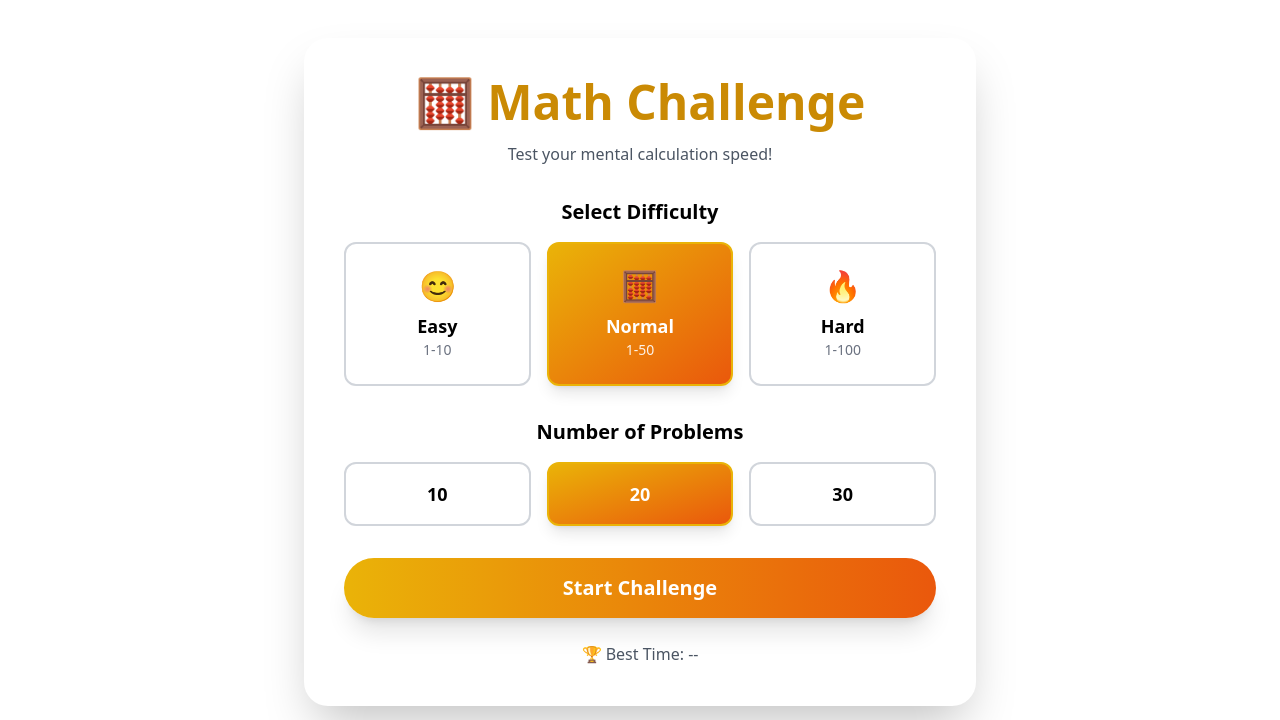
Repository: Lcmind/withjocoding
Page: math-challenge.html
The author's editor kept a copy of each file at every save. The page is drawn from the files as they stood at one save, then again after the next save.
The browser window is 1280 px wide. The pictures show the whole page.
An inner scrolling area shows only its first screen. Some web libraries are served in a nearby version.

Above is the page before, as saved 2026-01-13 20:33:23.

### math-challenge.html
<!DOCTYPE html>
<html lang="en">
<head>
  <meta charset="UTF-8">
  <meta name="viewport" content="width=device-width, initial-scale=1.0">
  <meta name="description" content="Free Math Challenge! Test your mental calculation speed. Perfect for brain training!">
  <title>Math Challenge - Mental Calculation Speed Training</title>

  <!-- Tailwind CSS -->
  <script src="https://cdn.tailwindcss.com"></script>
  <script>
    tailwind.config = {
      theme: {
        extend: {
          colors: {
            primary: '#667eea',
            secondary: '#764ba2',
          }
        }
      }
    }
  </script>

  <!-- Google AdSense -->
  <script async src="https://pagead2.googlesyndication.com/pagead/js/adsbygoogle.js?client=ca-pub-1247545232353663"
     crossorigin="anonymous"></script>

  <style>
    @keyframes shake {
      0%, 100% { transform: translateX(0); }
      25% { transform: translateX(-10px); }
      75% { transform: translateX(10px); }
    }
    .shake {
      animation: shake 0.3s ease-in-out;
    }
    @keyframes correct-flash {
      0%, 100% { background-color: transparent; }
      50% { background-color: rgba(34, 197, 94, 0.2); }
    }
    .correct-flash {
      animation: correct-flash 0.5s ease-in-out;
    }
    /* 화면 전환 제어 (강력한 고정) */
    .screen {
      display: none !important;
      width: 100%;
      height: 100%;
    }
    .screen.active {
      display: flex !important;
      position: fixed;
      top: 0;
      left: 0;
      right: 0;
      bottom: 0;
      z-index: 9999;
      overflow-y: auto;
      background-color: white; /* 배경색 명시 */
    }
  </style>
</head>
<body class="min-h-screen bg-gradient-to-br from-yellow-500 to-orange-600 overflow-hidden">

  <!-- 언어 선택 -->
  <div class="fixed top-4 right-4 z-50">
    <select id="language-selector" class="px-4 py-2 rounded-lg bg-white shadow-lg cursor-pointer">
      <option value="ko">🇰🇷 한국어</option>
      <option value="en">🇺🇸 English</option>
    </select>
  </div>

  <!-- 홈으로 돌아가기 -->
  <div class="fixed top-4 left-4 z-50">
    <a href="index.html" class="px-4 py-2 bg-white rounded-lg shadow-lg hover:shadow-xl transition-all text-gray-700 font-bold">
      ← <span data-i18n="backHome">Home</span>
    </a>
  </div>

  <!-- 시작 화면 -->
  <div id="start-screen" class="screen active min-h-screen flex flex-col items-center justify-center p-4">
    <!-- 상단 광고 -->
    <div class="mb-6 flex justify-center">
      <ins class="adsbygoogle block"
           style="display:block; max-height:90px;"
           data-ad-format="horizontal"
           data-ad-client="ca-pub-1247545232353663"
           data-full-width-responsive="true"></ins>
    </div>

    <div class="max-w-2xl w-full bg-white rounded-3xl shadow-2xl p-6 md:p-10">
      <h1 class="text-4xl md:text-5xl font-bold text-center text-yellow-600 mb-4">
        🧮 <span data-i18n="title">Math Challenge</span>
      </h1>
      <p class="text-center text-gray-600 mb-8" data-i18n="subtitle">Test your mental calculation speed!</p>

      <!-- 난이도 선택 -->
      <div class="mb-8">
        <h3 class="text-xl font-bold text-center mb-4" data-i18n="selectDifficulty">Select Difficulty</h3>
        <div class="grid grid-cols-1 md:grid-cols-3 gap-4">
          <button class="difficulty-btn border-2 border-gray-300 rounded-xl p-6 hover:border-yellow-500 hover:shadow-lg transition-all" data-difficulty="easy">
            <div class="text-3xl mb-2">😊</div>
            <div class="font-bold text-lg" data-i18n="easy">Easy</div>
            <div class="text-sm text-gray-500">1-10</div>
          </button>
          <button class="difficulty-btn active border-2 border-yellow-500 bg-gradient-to-br from-yellow-500 to-orange-600 text-white rounded-xl p-6 shadow-lg" data-difficulty="normal">
            <div class="text-3xl mb-2">🧮</div>
            <div class="font-bold text-lg" data-i18n="normal">Normal</div>
            <div class="text-sm opacity-90">1-50</div>
          </button>
          <button class="difficulty-btn border-2 border-gray-300 rounded-xl p-6 hover:border-yellow-500 hover:shadow-lg transition-all" data-difficulty="hard">
            <div class="text-3xl mb-2">🔥</div>
            <div class="font-bold text-lg" data-i18n="hard">Hard</div>
            <div class="text-sm text-gray-500">1-100</div>
          </button>
        </div>
      </div>

      <!-- 문제 수 선택 -->
      <div class="mb-8">
        <h3 class="text-xl font-bold text-center mb-4" data-i18n="selectProblems">Number of Problems</h3>
        <div class="grid grid-cols-3 gap-4">
          <button class="problems-btn border-2 border-gray-300 rounded-xl p-4 hover:border-yellow-500 hover:shadow-lg transition-all" data-problems="10">
            <div class="font-bold text-lg">10</div>
          </button>
          <button class="problems-btn active border-2 border-yellow-500 bg-gradient-to-br from-yellow-500 to-orange-600 text-white rounded-xl p-4 shadow-lg" data-problems="20">
            <div class="font-bold text-lg">20</div>
          </button>
          <button class="problems-btn border-2 border-gray-300 rounded-xl p-4 hover:border-yellow-500 hover:shadow-lg transition-all" data-problems="30">
            <div class="font-bold text-lg">30</div>
          </button>
        </div>
      </div>

      <button id="start-btn" class="w-full bg-gradient-to-r from-yellow-500 to-orange-600 text-white font-bold text-xl py-4 rounded-full shadow-xl hover:shadow-2xl hover:-translate-y-1 transition-all">
        <span data-i18n="startChallenge">Start Challenge</span>
      </button>

      <div class="mt-6 text-center text-gray-600">
        <p>🏆 <span data-i18n="bestTime">Best Time</span>: <span id="best-record">--</span></p>
      </div>
    </div>
  </div>

  <!-- 게임 화면 -->
  <div id="game-screen" class="screen hidden min-h-screen bg-gray-900 relative flex items-center justify-center">
    <!-- 게임 정보 -->
    <div class="fixed top-8 left-1/2 transform -translate-x-1/2 z-10">
      <div class="flex gap-8 bg-white/10 backdrop-blur-md px-6 py-3 rounded-full">
        <div class="text-white text-lg">
          <span class="opacity-80" data-i18n="problems">Problems</span>: <span id="problem-count" class="font-bold">0 / 20</span>
        </div>
        <div class="text-white text-lg">
          <span class="opacity-80" data-i18n="time">Time</span>: <span id="time-display" class="font-bold">0.0s</span>
        </div>
        <div class="text-white text-lg">
          <span class="opacity-80" data-i18n="accuracy">Accuracy</span>: <span id="accuracy-display" class="font-bold">100%</span>
        </div>
      </div>
    </div>

    <!-- 문제 영역 -->
    <div class="max-w-2xl w-full mx-4">
      <div class="bg-white rounded-3xl shadow-2xl p-8 md:p-12">
        <div id="problem-display" class="text-5xl md:text-7xl font-bold text-center text-gray-800 mb-8">
          2 + 3 = ?
        </div>

        <div class="grid grid-cols-2 gap-4">
          <button class="answer-btn bg-gradient-to-br from-blue-500 to-purple-600 text-white font-bold text-3xl py-6 rounded-2xl shadow-lg hover:shadow-xl hover:-translate-y-1 transition-all">
            5
          </button>
          <button class="answer-btn bg-gradient-to-br from-green-500 to-teal-600 text-white font-bold text-3xl py-6 rounded-2xl shadow-lg hover:shadow-xl hover:-translate-y-1 transition-all">
            6
          </button>
          <button class="answer-btn bg-gradient-to-br from-yellow-500 to-orange-600 text-white font-bold text-3xl py-6 rounded-2xl shadow-lg hover:shadow-xl hover:-translate-y-1 transition-all">
            4
          </button>
          <button class="answer-btn bg-gradient-to-br from-red-500 to-pink-600 text-white font-bold text-3xl py-6 rounded-2xl shadow-lg hover:shadow-xl hover:-translate-y-1 transition-all">
            7
          </button>
        </div>
      </div>
    </div>
  </div>

  <!-- 결과 화면 -->
  <div id="result-screen" class="screen hidden min-h-screen flex flex-col items-center justify-center p-4">
    <div class="max-w-2xl w-full bg-white rounded-3xl shadow-2xl p-6 md:p-10">
      <h1 class="text-4xl font-bold text-center text-yellow-600 mb-8">
        🧮 <span data-i18n="results">Results</span>
      </h1>

      <div class="bg-gradient-to-br from-yellow-500 to-orange-600 text-white rounded-2xl p-8 mb-6">
        <div class="text-center mb-6">
          <div class="text-lg opacity-90 mb-2" data-i18n="totalTime">Total Time</div>
          <div id="final-time" class="text-6xl font-bold mb-4">10.0s</div>
        </div>

        <div class="grid grid-cols-3 gap-4">
          <div class="bg-white/20 rounded-xl p-4 text-center">
            <div class="text-sm opacity-90" data-i18n="correct">Correct</div>
            <div id="correct-count" class="text-2xl font-bold">0</div>
          </div>
          <div class="bg-white/20 rounded-xl p-4 text-center">
            <div class="text-sm opacity-90" data-i18n="wrong">Wrong</div>
            <div id="wrong-count" class="text-2xl font-bold">0</div>
          </div>
          <div class="bg-white/20 rounded-xl p-4 text-center">
            <div class="text-sm opacity-90" data-i18n="accuracy">Accuracy</div>
            <div id="final-accuracy" class="text-2xl font-bold">100%</div>
          </div>
        </div>

        <div class="mt-6 text-center">
          <div class="text-sm opacity-90" data-i18n="avgTimePerProblem">Avg Time per Problem</div>
          <div id="avg-time" class="text-3xl font-bold">0.5s</div>
        </div>
      </div>

      <div class="flex gap-4">
        <button id="retry-btn" class="flex-1 bg-gradient-to-r from-yellow-500 to-orange-600 text-white font-bold text-xl py-4 rounded-full shadow-xl hover:shadow-2xl hover:-translate-y-1 transition-all">
          <span data-i18n="challengeAgain">Challenge Again</span>
        </button>
        <button id="home-btn" class="flex-1 bg-white text-yellow-600 border-2 border-yellow-600 font-bold text-xl py-4 rounded-full hover:bg-yellow-600 hover:text-white transition-all">
          <span data-i18n="backHome">Home</span>
        </button>
      </div>
    </div>

    <!-- 하단 광고 -->
    <div class="mt-6 flex justify-center">
      <ins class="adsbygoogle block"
           style="display:block; min-height:250px;"
           data-ad-format="autorelaxed"
           data-ad-client="ca-pub-1247545232353663"
           data-full-width-responsive="true"></ins>
    </div>
  </div>

  <!-- Footer -->
  <footer class="w-full py-6 text-center text-white bg-gray-900">
    <p class="mb-2">Made with ❤️ | Math Challenge</p>
    <p class="text-sm">
      <a href="privacy.html" class="text-white hover:underline mx-2" data-i18n="privacyPolicy">Privacy Policy</a> |
      <a href="terms.html" class="text-white hover:underline mx-2" data-i18n="termsOfService">Terms of Service</a>
    </p>
  </footer>

  <script>
    (adsbygoogle = window.adsbygoogle || []).push({});
  </script>

  <script src="math-challenge.js"></script>
</body>
</html>

### math-challenge.js
document.addEventListener('DOMContentLoaded', () => {
  // 번역
  const translations = {
    ko: {
      title: '수학 챌린지',
      subtitle: '빠른 암산 능력을 테스트하세요!',
      selectDifficulty: '난이도 선택',
      easy: '쉬움',
      normal: '보통',
      hard: '어려움',
      selectProblems: '문제 수 선택',
      startChallenge: '챌린지 시작',
      bestTime: '최단 시간',
      problems: '문제',
      time: '시간',
      accuracy: '정확도',
      results: '결과',
      totalTime: '총 시간',
      correct: '정답',
      wrong: '오답',
      avgTimePerProblem: '문제당 평균 시간',
      challengeAgain: '다시 도전',
      backHome: '홈으로',
      privacyPolicy: '개인정보처리방침',
      termsOfService: '이용약관'
    },
    en: {
      title: 'Math Challenge',
      subtitle: 'Test your mental calculation speed!',
      selectDifficulty: 'Select Difficulty',
      easy: 'Easy',
      normal: 'Normal',
      hard: 'Hard',
      selectProblems: 'Number of Problems',
      startChallenge: 'Start Challenge',
      bestTime: 'Best Time',
      problems: 'Problems',
      time: 'Time',
      accuracy: 'Accuracy',
      results: 'Results',
      totalTime: 'Total Time',
      correct: 'Correct',
      wrong: 'Wrong',
      avgTimePerProblem: 'Avg Time per Problem',
      challengeAgain: 'Challenge Again',
      backHome: 'Home',
      privacyPolicy: 'Privacy Policy',
      termsOfService: 'Terms of Service'
    }
  };

  let currentLang = 'en';
  try {
    currentLang = localStorage.getItem('preferredLanguage') || 'en';
  } catch (e) {
    console.warn('LocalStorage access failed:', e);
  }

  const languageSelector = document.getElementById('language-selector');
  if (languageSelector) languageSelector.value = currentLang;

  // 게임 로직 변수 선언 (최상단으로 이동)
  let difficulty = 'normal';
  let problemCount = 20;
  let currentProblem = 0;
  let correctAnswers = 0;
  let wrongAnswers = 0;
  let startTime = 0;
  let correctAnswer = 0;

  function t(key) {
    return translations[currentLang][key] || key;
  }

  function updateLanguage() {
    document.querySelectorAll('[data-i18n]').forEach(el => {
      const key = el.getAttribute('data-i18n');
      el.textContent = t(key);
    });
    loadBestRecord();
  }

  if (languageSelector) {
    languageSelector.addEventListener('change', (e) => {
      currentLang = e.target.value;
      try {
        localStorage.setItem('preferredLanguage', currentLang);
      } catch (e) {
        console.warn('LocalStorage save failed:', e);
      }
      updateLanguage();
    });
  }

  updateLanguage();

  // 변수 선언 제거 (상단으로 이동됨)
  const difficultySettings = {
    easy: { min: 1, max: 10 },
    normal: { min: 1, max: 50 },
    hard: { min: 1, max: 100 }
  };

  const operations = ['+', '-', '×', '÷'];

  // 난이도 선택
  document.querySelectorAll('.difficulty-btn').forEach(btn => {
    btn.addEventListener('click', () => {
      document.querySelectorAll('.difficulty-btn').forEach(b => {
        b.classList.remove('active', 'border-yellow-500', 'bg-gradient-to-br', 'from-yellow-500', 'to-orange-600', 'text-white', 'shadow-lg');
        b.classList.add('border-gray-300');
      });
      btn.classList.remove('border-gray-300');
      btn.classList.add('active', 'border-yellow-500', 'bg-gradient-to-br', 'from-yellow-500', 'to-orange-600', 'text-white', 'shadow-lg');
      difficulty = btn.dataset.difficulty;
      loadBestRecord();
    });
  });

  // 문제 수 선택
  document.querySelectorAll('.problems-btn').forEach(btn => {
    btn.addEventListener('click', () => {
      document.querySelectorAll('.problems-btn').forEach(b => {
        b.classList.remove('active', 'border-yellow-500', 'bg-gradient-to-br', 'from-yellow-500', 'to-orange-600', 'text-white', 'shadow-lg');
        b.classList.add('border-gray-300');
      });
      btn.classList.remove('border-gray-300');
      btn.classList.add('active', 'border-yellow-500', 'bg-gradient-to-br', 'from-yellow-500', 'to-orange-600', 'text-white', 'shadow-lg');
      problemCount = parseInt(btn.dataset.problems);
      loadBestRecord();
    });
  });

  const startBtn = document.getElementById('start-btn');
  if (startBtn) {
    startBtn.addEventListener('click', startGame);
  }

  const retryBtn = document.getElementById('retry-btn');
  if (retryBtn) {
    retryBtn.addEventListener('click', () => {
      hideScreen(document.getElementById('result-screen'));
      showScreen(document.getElementById('start-screen'));
    });
  }

  const homeBtn = document.getElementById('home-btn');
  if (homeBtn) {
    homeBtn.addEventListener('click', () => {
      window.location.href = 'index.html';
    });
  }

  function startGame() {
    try {
      const startScreen = document.getElementById('start-screen');
      const gameScreen = document.getElementById('game-screen');

      if (!startScreen || !gameScreen) {
        throw new Error('Required screen elements not found');
      }

      hideScreen(startScreen);
      showScreen(gameScreen);

      initGame();
    } catch (e) {
      console.error('Failed to start game:', e);
      alert('Error starting game. Please try again.');
    }
  }

  function initGame() {
    currentProblem = 0;
    correctAnswers = 0;
    wrongAnswers = 0;
    startTime = Date.now();

    updateGameInfo();
    generateProblem();
  }

  function generateProblem() {
    if (currentProblem >= problemCount) {
      endGame();
      return;
    }

    const settings = difficultySettings[difficulty];
    const operation = operations[Math.floor(Math.random() * operations.length)];

    let num1, num2, answer;

    // 연산에 따라 숫자 생성
    switch(operation) {
      case '+':
        num1 = randomInt(settings.min, settings.max);
        num2 = randomInt(settings.min, settings.max);
        answer = num1 + num2;
        break;
      case '-':
        num1 = randomInt(settings.min, settings.max);
        num2 = randomInt(settings.min, num1); // 음수 방지
        answer = num1 - num2;
        break;
      case '×':
        // 곱셈은 숫자를 작게
        const maxMul = Math.floor(Math.sqrt(settings.max));
        num1 = randomInt(settings.min, maxMul);
        num2 = randomInt(settings.min, maxMul);
        answer = num1 * num2;
        break;
      case '÷':
        // 나눗셈은 정확히 떨어지게
        num2 = randomInt(settings.min, Math.floor(settings.max / 10));
        answer = randomInt(settings.min, Math.floor(settings.max / num2));
        num1 = answer * num2;
        break;
    }

    correctAnswer = answer;

    // 문제 표시
    const problemDisplay = document.getElementById('problem-display');
    if (problemDisplay) {
      problemDisplay.textContent = `${num1} ${operation} ${num2} = ?`;
    }

    // 정답과 오답 3개 생성
    const answers = [answer];
    const range = Math.max(3, Math.floor(answer * 0.3)); // 30% 범위

    while (answers.length < 4) {
      const wrongAnswer = answer + randomInt(-range, range);
      if (wrongAnswer > 0 && !answers.includes(wrongAnswer)) {
        answers.push(wrongAnswer);
      }
    }

    // 섞기
    answers.sort(() => Math.random() - 0.5);

    // 답안 버튼에 할당
    const answerBtns = document.querySelectorAll('.answer-btn');
    answerBtns.forEach((btn, idx) => {
      btn.textContent = answers[idx];
      btn.onclick = () => checkAnswer(answers[idx]);
    });
  }

  function checkAnswer(selectedAnswer) {
    const problemDisplay = document.getElementById('problem-display');

    if (selectedAnswer === correctAnswer) {
      correctAnswers++;
      if (problemDisplay) {
        problemDisplay.classList.add('correct-flash');
        setTimeout(() => {
          problemDisplay.classList.remove('correct-flash');
        }, 500);
      }
    } else {
      wrongAnswers++;
      if (problemDisplay) {
        problemDisplay.classList.add('shake');
        setTimeout(() => {
          problemDisplay.classList.remove('shake');
        }, 300);
      }
    }

    currentProblem++;
    updateGameInfo();

    setTimeout(() => {
      generateProblem();
    }, 500);
  }

  function updateGameInfo() {
    const problemCountEl = document.getElementById('problem-count');
    if (problemCountEl) problemCountEl.textContent = `${currentProblem} / ${problemCount}`;

    const elapsed = (Date.now() - startTime) / 1000;
    const timeDisplayEl = document.getElementById('time-display');
    if (timeDisplayEl) timeDisplayEl.textContent = `${elapsed.toFixed(1)}s`;

    const total = correctAnswers + wrongAnswers;
    const accuracy = total > 0 ? Math.round((correctAnswers / total) * 100) : 100;
    const accuracyDisplayEl = document.getElementById('accuracy-display');
    if (accuracyDisplayEl) accuracyDisplayEl.textContent = `${accuracy}%`;
  }

  function endGame() {
    const totalTime = ((Date.now() - startTime) / 1000).toFixed(1);
    const accuracy = Math.round((correctAnswers / problemCount) * 100);
    const avgTime = (totalTime / problemCount).toFixed(2);

    const finalTimeEl = document.getElementById('final-time');
    if (finalTimeEl) finalTimeEl.textContent = `${totalTime}s`;

    const correctCountEl = document.getElementById('correct-count');
    if (correctCountEl) correctCountEl.textContent = correctAnswers;

    const wrongCountEl = document.getElementById('wrong-count');
    if (wrongCountEl) wrongCountEl.textContent = wrongAnswers;

    const finalAccuracyEl = document.getElementById('final-accuracy');
    if (finalAccuracyEl) finalAccuracyEl.textContent = `${accuracy}%`;

    const avgTimeEl = document.getElementById('avg-time');
    if (avgTimeEl) avgTimeEl.textContent = `${avgTime}s`;

    // 최고 기록 저장 (정확도 100%일 때만)
    if (accuracy === 100) {
      const key = `mathBest_${difficulty}_${problemCount}`;
      try {
        const best = localStorage.getItem(key);
        if (!best || parseFloat(totalTime) < parseFloat(best)) {
          localStorage.setItem(key, totalTime);
        }
      } catch (e) {
        console.warn('LocalStorage save failed:', e);
      }
    }

    hideScreen(document.getElementById('game-screen'));
    showScreen(document.getElementById('result-screen'));
  }

  function randomInt(min, max) {
    return Math.floor(Math.random() * (max - min + 1)) + min;
  }

  function showScreen(screen) {
    if (screen) {
      screen.classList.remove('hidden');
      screen.classList.add('active');
    }
  }

  function hideScreen(screen) {
    if (screen) {
      screen.classList.add('hidden');
      screen.classList.remove('active');
    }
  }

  function loadBestRecord() {
    const key = `mathBest_${difficulty}_${problemCount}`;
    try {
      const best = localStorage.getItem(key);
      const bestRecordEl = document.getElementById('best-record');
      if (bestRecordEl) bestRecordEl.textContent = best ? `${best}s` : '--';
    } catch (e) {
      console.warn('LocalStorage access failed:', e);
    }
  }

  loadBestRecord();

  // 게임 중 시간 업데이트
  setInterval(() => {
    const gameScreen = document.getElementById('game-screen');
    if (gameScreen && gameScreen.classList.contains('active')) {
      updateGameInfo();
    }
  }, 100);
});

After the next save:
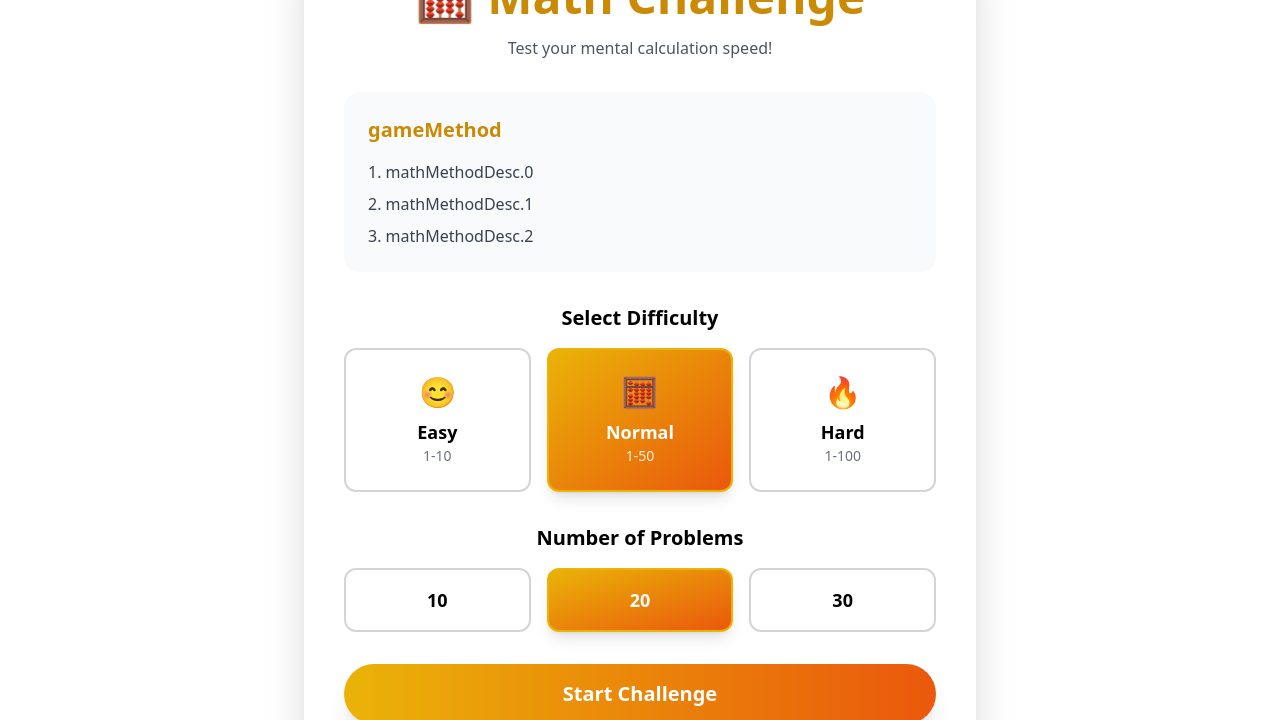
Saved 7 min 34 s later.
--- a/math-challenge.html
+++ b/math-challenge.html
@@ -93,6 +93,16 @@
         🧮 <span data-i18n="title">Math Challenge</span>
       </h1>
       <p class="text-center text-gray-600 mb-8" data-i18n="subtitle">Test your mental calculation speed!</p>
+
+      <!-- 게임 방법 -->
+      <div class="bg-gray-50 rounded-2xl p-6 mb-8">
+        <h3 class="text-xl font-bold text-yellow-600 mb-4" data-i18n="gameMethod">How to Play</h3>
+        <ol class="list-decimal list-inside space-y-2 text-gray-700">
+          <li data-i18n="mathMethodDesc.0">Math problems appear on screen</li>
+          <li data-i18n="mathMethodDesc.1">Choose the correct answer quickly</li>
+          <li data-i18n="mathMethodDesc.2">Complete all problems to see your speed!</li>
+        </ol>
+      </div>
 
       <!-- 난이도 선택 -->
       <div class="mb-8">
